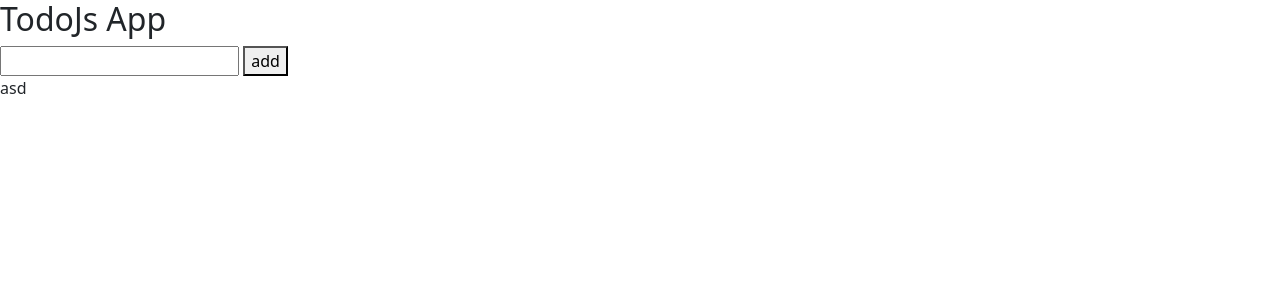
Repository: VladimirKasyanov/Todo
Page: index.html
An editor plug-in stored every save of this project. The page is shown before and after the next save, followed by the edit.
The browser window is 1280 px wide. The pictures show the whole page.

Above is the page before, as saved 2024-05-17 09:02:51.

After the next save:
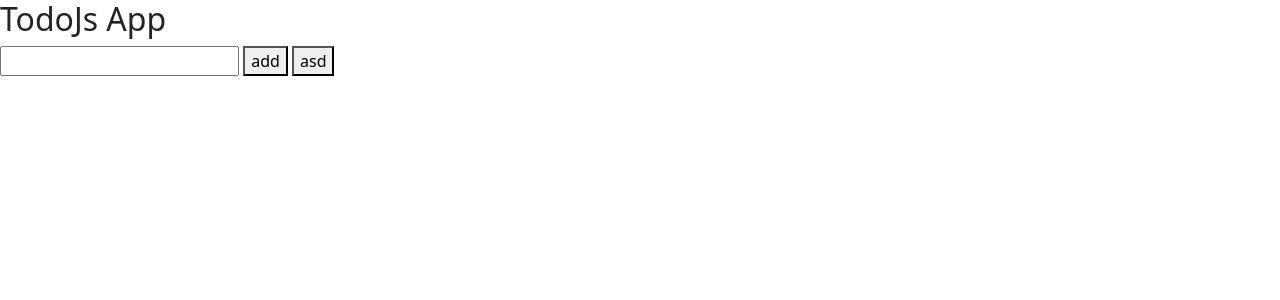
Saved 22 s later.
--- a/index.html
+++ b/index.html
@@ -12,7 +12,7 @@
     <form action="">
       <input type="text" name="" class="input__box">
       <button class="add" >add</button>
-        <div class="butt"> asd </div>
+        <button class="butt"> asd </button>
     </form>
       <div class="todo__li">
        <ul class="list">
